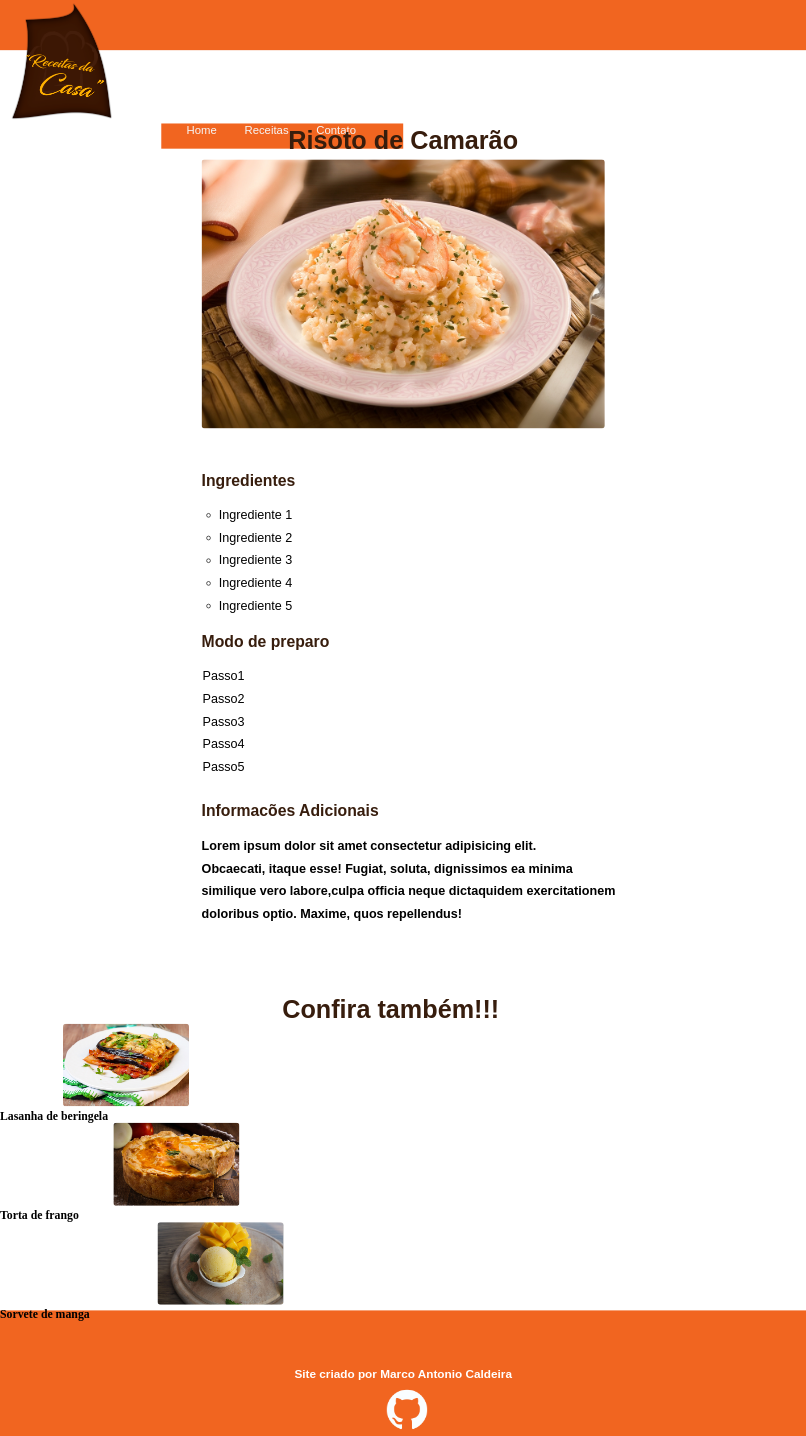
Repository: MarcoantonioCaldeira/Aprendizados-e-Conhecimentos
Page: Receitas da Casa/index.html
The author's editor kept a copy of each file at every save. The page is drawn from the files as they stood at one save, then again after the next save.
The browser window is 1280 px wide. The pictures show the whole page, at 63% of full size.

Above is the page before, as saved 2022-05-29 22:08:38.

### Receitas da Casa/index.html
<!DOCTYPE html>
<html>
    <head>
    <meta charset="utf-8">
    <title>Receitas do Marco</title>
    <link rel="stylesheet" text="css" href="css/estilo.css">
    <link rel="stylesheet" text="css" href="css/fonts.css">
    <style>

    </style>
    </head>
    <body>
        <header id="topo">
            <img id="logo" src="imagens/logo.png">
            <li class="li-topo">
                <ul class="ul-topo" href="#">Home</ul>
                <ul class="ul-topo" href="#">Receitas</ul>
                <ul class="ul-topo" href="#">Contato</ul>
            </li>
        </header>
        <main id="corpo">
            <h1 class="titulo-receita">Risoto de Camarão</h1>
            <figure>
                <img class="img_receita" src="imagens/imagem_receita.jpg">
            </figure>
            <article>

                <h3 class="text_article">Ingredientes</h3>
                <ul class="text_ul">
                     <li>Ingrediente 1</li>
                     <li>Ingrediente 2</li>
                     <li>Ingrediente 3</li>
                     <li>Ingrediente 4</li>
                     <li>Ingrediente 5</li>
                </ul>

               <h3 class="text_article_2">Modo de preparo</h3>
               <li class="text_ul_2">
                   <ul>Passo1</ul>
                   <ul>Passo2</ul>
                   <ul>Passo3</ul>
                   <ul>Passo4</ul>
                   <ul>Passo5</ul>
               </li>

               <h3 class="text_article_3">Informacões Adicionais</h3>
               <h3 class="text">Lorem ipsum dolor sit amet consectetur adipisicing elit.<br>
                Obcaecati, itaque esse! Fugiat, soluta, dignissimos ea minima<br> similique vero
                labore,culpa officia neque dictaquidem exercitationem <br>doloribus optio. Maxime, quos
                repellendus!</h3>


               <h1 class="h1_informacoes">Confira também!!!</h1>
               <div id="outras_receitas">
                    <div id="image_receita_1">
                      <img class="img_receita1" src="imagens/lazanha_de_beringela.jpg">
                      <h3>Lasanha de beringela</h3>
                    </div>

                    <div id="image_receita_2">
                      <img class="img_receita2" src="imagens/torta_de_frango.jpg">
                      <h3>Torta de frango</h3>
                    </div>

                    <div id="image_receita_3">
                      <img class="img_receita3" src="imagens/sorvete-manga.jpg">
                      <h3>Sorvete de manga</h3>
                    </div>
               </div>

            </article>
        </main>
        <footer id="rodape">
            <div class="agradecimentos-rodape">
                <h3>Site criado por Marco Antonio Caldeira</h3>
                <a href="https://github.com/MarcoantonioCaldeira"><img class="logoGit" src="imagens/github_logo.png"></a>
            </div>
        </footer>
    </body>
</html>

### Receitas da Casa/css/estilo.css
* {
    margin: 0;
}

#topo{
  width: 100%;
  background-color:rgb(241, 101, 32);
  height: 80px;
}

#logo{
  width: 15%;

}

.titulo_logo{
  position: relative;
  font-family: arial;
  top: 20%;
  font-size:30px;
  color:white;
  left:-40%;
}

#corpo{
  width: 100%;
  height: 2000px;
  background-color: white;
}

.img_receita{
  position:relative;
  border-radius: 5px;
  margin-left: 25%;
  margin-top: 10%;
  width:50%;
}

#outras_receitas{
  width: 100%;
  height: 300px;
  background-color:white;
}

.img_receita1{
  position:relative;
  left:10%;
  top:5%;
  border-radius:5px;
  width:20%;
}

.img_receita2{
  position:relative;
  left: 18%;
  top:5%;
  border-radius:5px;
  width:20%;
}

.img_receita3{
  position:relative;
  left: 25%;
  top:5%;
  border-radius:5px;
  width:20%;
}

#image_receita_1{
  display:inline-block;
}

#image_receita_2{
  display:inline-block;
}

#image_receita_3{
  display:inline-block;
}

#rodape{
  background-color: rgb(241, 101, 32);
  width: 100%;
  height: 200px;
}

.agradecimentos-rodape{
  position: relative;
  top: 45%;
  color:white;
  font-family: arial;
  text-align: center;
}

.logoGit{
  position: absolute;
  width: 5%;
  left:48%;
  top: 35px;
}

### Receitas da Casa/css/fonts.css
h1{
  text-align: center;
}

.li-topo{
  position:relative;
  background-color: rgb(241, 101, 32);
  list-style: none;
  height: 40px;
  width: 30%;
  margin-left: 20%;
}

.ul-topo{
  display: inline;
  font-family: arial;
  color:rgb(246, 246, 246);
  font-size:18px;
}

.titulo-receita{
  position: relative;
  font-size: 40px;
  font-family: arial;
  top:6%;
  color:rgb(55, 29, 13);
}

.text_article{
  position:absolute;
  display: inline;
  left:25%;
  margin-top: 5%;
  color:rgb(55, 29, 13);
  font-size: 25px;
  font-family: arial;
}

.text_ul{
  position:absolute;
  font-size: 20px;
  line-height: 1.8;
  list-style-type:circle;
  margin-top:9%;
  left:24%;
  display:inline-block;
  font-family: arial;
}

.text_article_2{
  position:absolute;
  display: inline;
  left:25%;
  margin-top: 25%;
  color:rgb(55, 29, 13);
  font-size: 25px;
  font-family: arial;
}

.text_ul_2{
  position:absolute;
  font-size: 20px;
  line-height: 1.8;
  list-style-type:circle;
  margin-top:29%;
  left:22%;
  display:inline-block;
  font-family: arial;
}

.text_article_3{
  position:absolute;
  display: inline;
  left:25%;
  margin-top: 46%;
  color:rgb(55, 29, 13);
  font-size: 25px;
  font-family: arial;
}

.text{
  position:absolute;
  font-size: 20px;
  line-height: 1.8;
  margin-top:50%;
  left:25%;
  display:inline-block;
  font-family: arial;
}

.h1_informacoes{
  position: relative;
  font-size: 40px;
  font-family: arial;
  left:35%;
  margin-top:70%;
  display:inline-block;
  color:rgb(55, 29, 13);
}

After the next save:
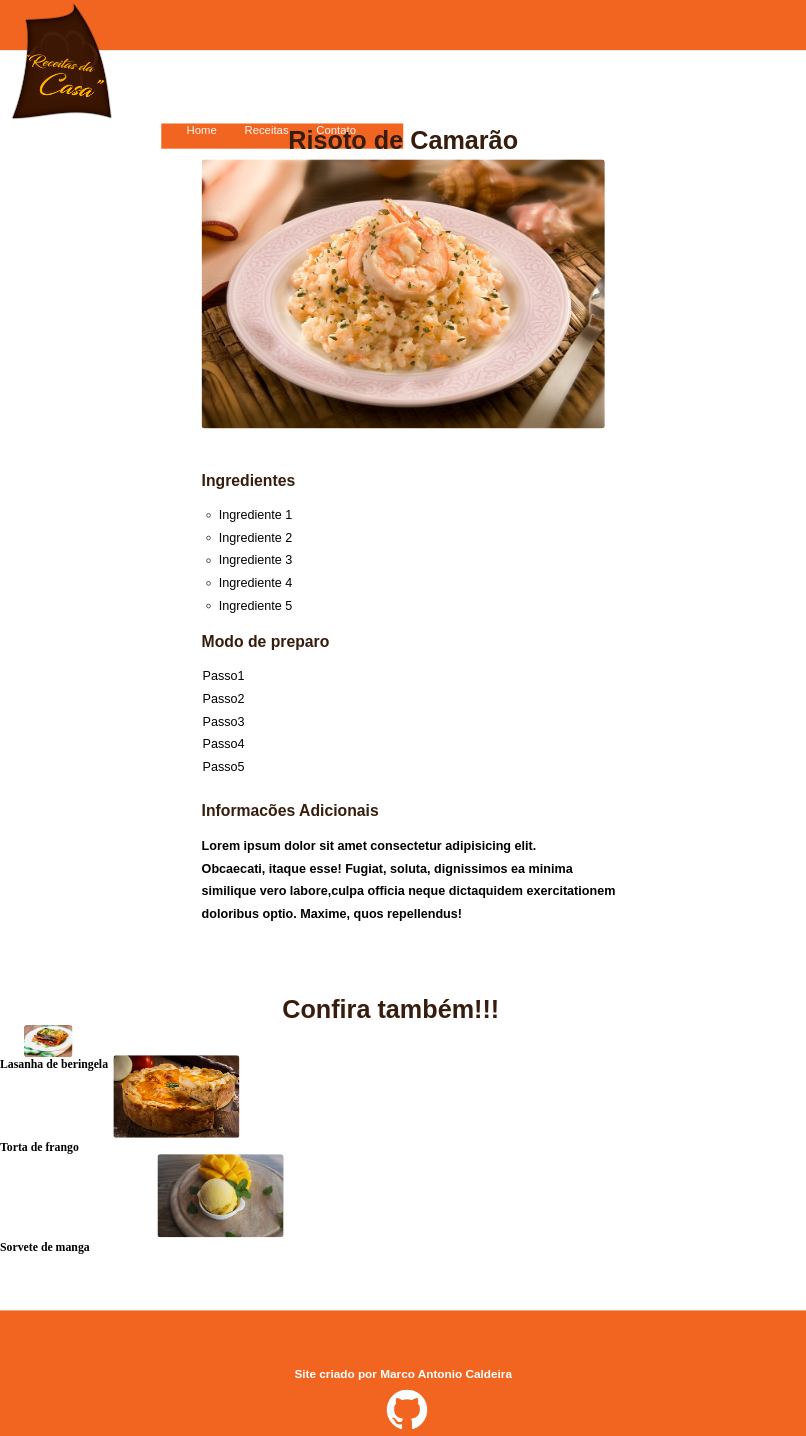
Saved 59 s later.
--- a/Receitas da Casa/css/estilo.css
+++ b/Receitas da Casa/css/estilo.css
@@ -67,7 +67,8 @@
 }
 
 #image_receita_1{
-  display:inline-block;
+  width: 30%;
+  height:50px;
 }
 
 #image_receita_2{
